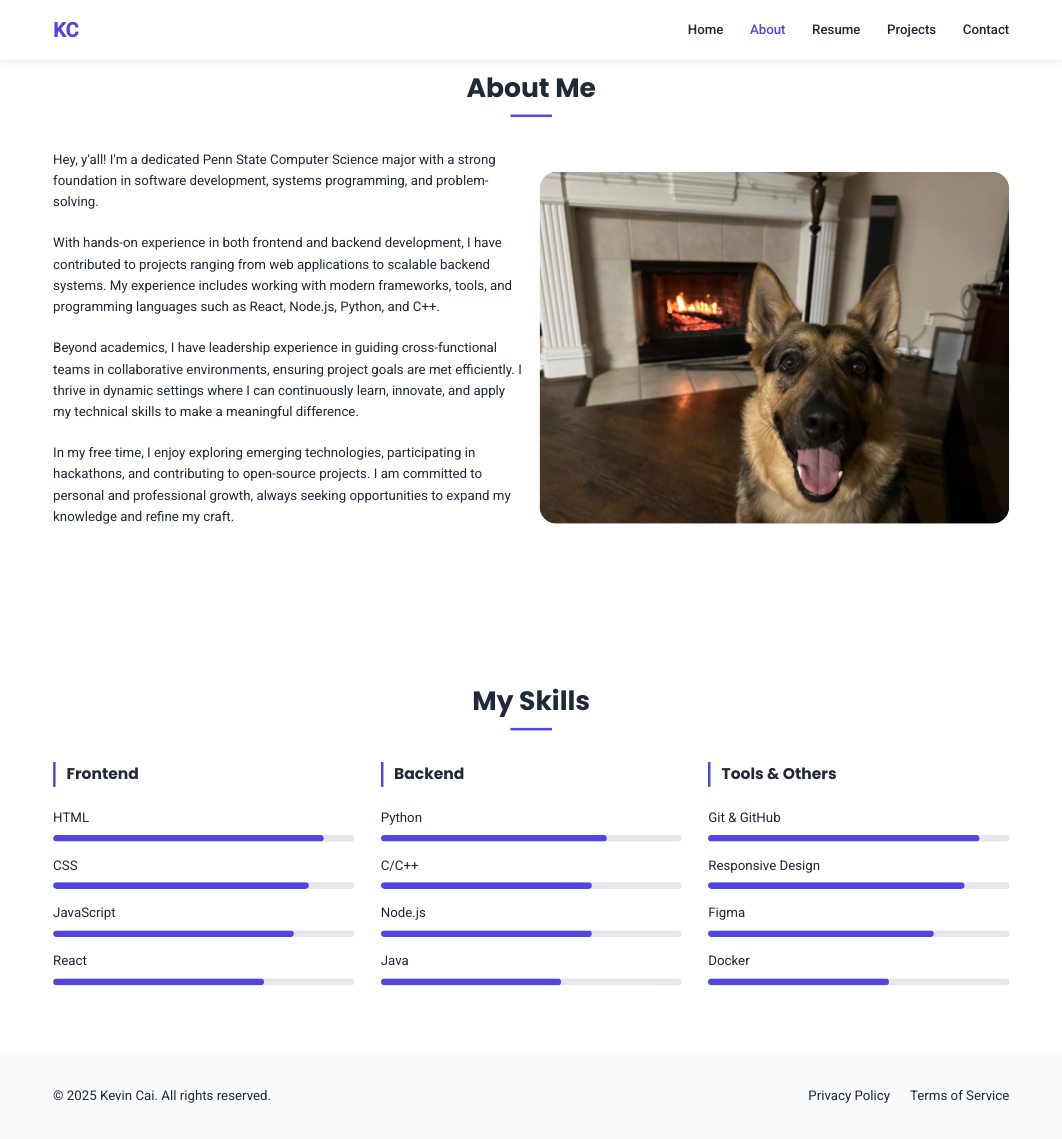
Repository: itskevbo/E-Portfolio
Page: pages/about.html
The author's editor kept a copy of each file at every save. The page is drawn from the files as they stood at one save, then again after the next save.
The browser window is 1280 px wide. The pictures show the whole page, at 83% of full size.

Above is the page before, as saved 2025-04-22 22:46:44.

### pages/about.html
<!DOCTYPE html>
<html lang="en">
<head>
    <meta charset="UTF-8">
    <meta name="viewport" content="width=device-width, initial-scale=1.0">
    <title>Kevin Cai | About Me</title>
    <meta name="description" content="Learn more about Kevin Cai and his background">

    <!-- Favicon -->
    <link rel="icon" href="../assets/images/favicon.ico">

    <!-- CSS -->
    <link rel="stylesheet" href="../styles/main.css">

    <!-- Google Fonts -->
    <link rel="preconnect" href="https://fonts.googleapis.com">
    <link rel="preconnect" href="https://fonts.gstatic.com" crossorigin>
    <link href="https://fonts.googleapis.com/css2?family=Poppins:wght@300;400;500;700&family=Roboto:wght@400;500&display=swap" rel="stylesheet">
</head>
<body>
    <!-- Header Component -->
    <header class="header" id="header">
        <div class="container">
            <div class="header__logo">
                <a href="../index.html" class="logo">KC</a>
            </div>

            <nav class="header__nav" id="nav-menu">
                <ul class="header__nav-list">
                    <li class="header__nav-item"><a href="../index.html" class="header__nav-link">Home</a></li>
                    <li class="header__nav-item"><a href="about.html" class="header__nav-link active">About</a></li>
                    <li class="header__nav-item"><a href="resume.html" class="header__nav-link">Resume</a></li>
                    <li class="header__nav-item"><a href="projects.html" class="header__nav-link">Projects</a></li>
                    <li class="header__nav-item"><a href="contact.html" class="header__nav-link">Contact</a></li>
                </ul>

                <div class="header__nav-toggle" id="nav-toggle">
                    <span></span>
                    <span></span>
                    <span></span>
                </div>
            </nav>
        </div>
    </header>

    <main>
        <!-- About Section Component -->
        <section class="about section" id="about">
            <div class="container">
            <h2 class="section__title">About Me</h2>
            <div class="about__content" style="display: flex; align-items: center; gap: 20px;">
                <div class="about__text" style="flex: 1;">
                <p>Hey, y'all! I'm a dedicated Penn State Computer Science major with a strong foundation in software development, systems programming, and problem-solving.</p>
                <p>With hands-on experience in both frontend and backend development, I have contributed to projects ranging from web applications to scalable backend systems. My experience includes working with modern frameworks, tools, and programming languages such as React, Node.js, Python, and C++.</p>
                <p>Beyond academics, I have leadership experience in guiding cross-functional teams in collaborative environments, ensuring project goals are met efficiently. I thrive in dynamic settings where I can continuously learn, innovate, and apply my technical skills to make a meaningful difference.</p>
                <p>In my free time, I enjoy exploring emerging technologies, participating in hackathons, and contributing to open-source projects. I am committed to personal and professional growth, always seeking opportunities to expand my knowledge and refine my craft.</p>
                </div>
                <div class="about__image" style="flex: 1; overflow: hidden; border-radius: 20px; display: flex; justify-content: center; align-items: center;">
                <img src="../assets/images/placeholder.jpeg" alt="About Image" class="about__image-img" style="width: 100%; height: auto; object-fit: cover; border-radius: inherit;">
                </div>
            </div>
            </div>
        </section>

        <!-- Skills Section Component -->
        <section class="skills section" id="skills">
            <div class="container">
                <h2 class="section__title">My Skills</h2>
                <div class="skills__content">
                    <div class="skills__category">
                        <h3 class="skills__category-title">Frontend</h3>
                        <div class="skills__list">
                            <div class="skill-item">
                                <span class="skill-item__name">HTML</span>
                                <div class="skill-item__bar">
                                    <div class="skill-item__progress" style="width: 90%"></div>
                                </div>
                            </div>
                            <div class="skill-item">
                                <span class="skill-item__name">CSS</span>
                                <div class="skill-item__bar">
                                    <div class="skill-item__progress" style="width: 85%"></div>
                                </div>
                            </div>
                            <div class="skill-item">
                                <span class="skill-item__name">JavaScript</span>
                                <div class="skill-item__bar">
                                    <div class="skill-item__progress" style="width: 80%"></div>
                                </div>
                            </div>
                            <div class="skill-item">
                                <span class="skill-item__name">React</span>
                                <div class="skill-item__bar">
                                    <div class="skill-item__progress" style="width: 70%"></div>
                                </div>
                            </div>
                        </div>
                    </div>

                    <div class="skills__category">
                        <h3 class="skills__category-title">Backend</h3>
                        <div class="skills__list">
                            <div class="skill-item">
                                <span class="skill-item__name">Python</span>
                                <div class="skill-item__bar">
                                    <div class="skill-item__progress" style="width: 75%"></div>
                                </div>
                            </div>
                            <div class="skill-item">
                                <span class="skill-item__name">C/C++</span>
                                <div class="skill-item__bar">
                                    <div class="skill-item__progress" style="width: 70%"></div>
                                </div>
                            </div>
                            <div class="skill-item">
                                <span class="skill-item__name">Node.js</span>
                                <div class="skill-item__bar">
                                    <div class="skill-item__progress" style="width: 70%"></div>
                                </div>
                            </div>
                            <div class="skill-item">
                                <span class="skill-item__name">Java</span>
                                <div class="skill-item__bar">
                                    <div class="skill-item__progress" style="width: 60%"></div>
                                </div>
                            </div>
                        </div>
                    </div>

                    <div class="skills__category">
                        <h3 class="skills__category-title">Tools & Others</h3>
                        <div class="skills__list">
                            <div class="skill-item">
                                <span class="skill-item__name">Git & GitHub</span>
                                <div class="skill-item__bar">
                                    <div class="skill-item__progress" style="width: 90%"></div>
                                </div>
                            </div>
                            <div class="skill-item">
                                <span class="skill-item__name">Responsive Design</span>
                                <div class="skill-item__bar">
                                    <div class="skill-item__progress" style="width: 85%"></div>
                                </div>
                            </div>
                            <div class="skill-item">
                                <span class="skill-item__name">Figma</span>
                                <div class="skill-item__bar">
                                    <div class="skill-item__progress" style="width: 75%"></div>
                                </div>
                            </div>
                            <div class="skill-item">
                                <span class="skill-item__name">Docker</span>
                                <div class="skill-item__bar">
                                    <div class="skill-item__progress" style="width: 60%"></div>
                                </div>
                            </div>
                        </div>
                    </div>
                </div>
            </div>
        </section>
    </main>

    <!-- Footer Component -->
    <footer class="footer">
        <div class="container">
            <div class="footer__content">
                <p>&copy; 2025 Kevin Cai. All rights reserved.</p>
                <div class="footer__links">
                    <a href="#" class="footer__link">Privacy Policy</a>
                    <a href="#" class="footer__link">Terms of Service</a>
                </div>
            </div>
        </div>
    </footer>

    <!-- JS -->
    <script src="../scripts/main.js"></script>
</body>
</html>

### styles/main.css
/*=============== VARIABLES ===============*/
:root {
    /* Colors */
    --primary-color: #4f46e5;
    --primary-color-alt: #2f24a5;
    --secondary-color: #3b82f6;
    --accent-color: #8b5cf6;
    --text-color: #1f2937;
    --text-color-light: #6b7280;
    --body-color: #ffffff;
    --container-color: #f9fafb;
    --border-color: #e5e7eb;
    --success-color: #10b981;
    --error-color: #ef4444;

    /* Typography */
    --body-font: 'Roboto', sans-serif;
    --heading-font: 'Poppins', sans-serif;
    --h1-font-size: 2.5rem;
    --h2-font-size: 2rem;
    --h3-font-size: 1.5rem;
    --normal-font-size: 1rem;
    --small-font-size: 0.875rem;
    --smaller-font-size: 0.75rem;

    /* Font weights */
    --font-light: 300;
    --font-regular: 400;
    --font-medium: 500;
    --font-bold: 700;

    /* Z-index */
    --z-tooltip: 10;
    --z-fixed: 100;

    /* Transitions */
    --transition: all 0.3s ease;
}

/*=============== BASE ===============*/
* {
    margin: 0;
    padding: 0;
    box-sizing: border-box;
}

html {
    scroll-behavior: smooth;
}

body {
    font-family: var(--body-font);
    font-size: var(--normal-font-size);
    color: var(--text-color);
    background-color: var(--body-color);
    line-height: 1.6;
}

h1, h2, h3 {
    font-family: var(--heading-font);
    font-weight: var(--font-bold);
    color: var(--text-color);
}

ul {
    list-style: none;
}

a {
    text-decoration: none;
    color: var(--text-color);
    transition: var(--transition);
}

a:hover {
    color: var(--primary-color);
}

img {
    max-width: 100%;
    height: auto;
}

button,
input,
textarea {
    font-family: var(--body-font);
    font-size: var(--normal-font-size);
    outline: none;
    border: none;
}

button {
    cursor: pointer;
    background: none;
}

/*=============== REUSABLE CLASSES ===============*/
.container {
    max-width: 1200px;
    margin: 0 auto;
    padding: 0 1.5rem;
}

.section {
    padding: 5rem 0;
}

.section__title {
    font-size: var(--h2-font-size);
    text-align: center;
    margin-bottom: 3rem;
    position: relative;
}

.section__title::after {
    content: '';
    position: absolute;
    width: 50px;
    height: 3px;
    background-color: var(--primary-color);
    bottom: -10px;
    left: 50%;
    transform: translateX(-50%);
}

.highlight {
    color: var(--primary-color);
}

.grid {
    display: grid;
    gap: 1.5rem;
}

/*=============== BUTTONS ===============*/
.btn {
    display: inline-flex;
    align-items: center;
    justify-content: center;
    padding: 0.75rem 1.5rem;
    border-radius: 0.5rem;
    font-weight: var(--font-medium);
    transition: var(--transition);
}

.btn-primary {
    background-color: var(--primary-color);
    color: white;
}

.btn-primary:hover {
    background-color: var(--primary-color-alt);
    color: white;
}

.btn-outline {
    border: 2px solid var(--primary-color);
    color: var(--primary-color);
}

.btn-outline:hover {
    background-color: var(--primary-color);
    color: white;
}

/*=============== HEADER & NAV ===============*/
.header {
    position: fixed;
    top: 0;
    left: 0;
    width: 100%;
    background-color: var(--body-color);
    box-shadow: 0 2px 10px rgba(0, 0, 0, 0.1);
    z-index: var(--z-fixed);
}

.header .container {
    display: flex;
    align-items: center;
    justify-content: space-between;
    height: 4.5rem;
}

.header__logo .logo {
    font-size: 1.5rem;
    font-weight: var(--font-bold);
    color: var(--primary-color);
}

.header__nav {
    display: flex;
    align-items: center;
}

.header__nav-list {
    display: flex;
    gap: 2rem;
}

.header__nav-link {
    font-weight: var(--font-medium);
}

.header__nav-link.active {
    color: var(--primary-color);
}

.header__nav-toggle {
    display: none;
    flex-direction: column;
    gap: 5px;
    cursor: pointer;
}

.header__nav-toggle span {
    width: 25px;
    height: 2px;
    background-color: var(--text-color);
    transition: var(--transition);
}

/*=============== HERO ===============*/
.hero {
    min-height: 100vh;
    display: flex;
    align-items: center;
    padding-top: 4.5rem;
}

.hero .container {
    display: grid;
    grid-template-columns: 1fr 1fr;
    align-items: center;
    gap: 2.5rem;
}

.hero__title {
    font-size: var(--h1-font-size);
    margin-bottom: 1rem;
}

.hero__subtitle {
    font-size: var(--h3-font-size);
    color: var(--primary-color);
    margin-bottom: 1.5rem;
}

.hero__description {
    margin-bottom: 2rem;
    max-width: 400px;
}

.hero__actions {
    display: flex;
    gap: 1rem;
}

.hero__image-placeholder {
    background-color: var(--border-color);
    border-radius: 1rem;
    height: 400px;
    width: 100%;
}

/*=============== ABOUT ===============*/
.about__content {
    display: grid;
    grid-template-columns: 1fr 1fr;
    gap: 2.5rem;
    align-items: center;
}

.about__text p {
    margin-bottom: 1.5rem;
}

.about__image-placeholder {
    background-color: var(--border-color);
    border-radius: 1rem;
    height: 400px;
    width: 100%;
}

/*=============== PROJECTS ===============*/
.projects__filter {
    display: flex;
    justify-content: center;
    flex-wrap: wrap;
    gap: 1rem;
    margin-bottom: 2rem;
}

.projects__filter-btn {
    padding: 0.5rem 1.5rem;
    border-radius: 0.5rem;
    color: var(--text-color);
    font-weight: var(--font-medium);
    transition: var(--transition);
}

.projects__filter-btn:hover,
.projects__filter-btn.active {
    background-color: var(--primary-color);
    color: white;
}

.projects__grid {
    display: grid;
    grid-template-columns: repeat(auto-fill, minmax(280px, 1fr));
    gap: 2rem;
}

.project-card {
    background-color: var(--container-color);
    border-radius: 1rem;
    overflow: hidden;
    box-shadow: 0 4px 15px rgba(0, 0, 0, 0.1);
    transition: var(--transition);
}

.project-card:hover {
    transform: translateY(-10px);
    box-shadow: 0 10px 25px rgba(0, 0, 0, 0.2);
}

.project-card__image-placeholder {
    background-color: var(--border-color);
    height: 200px;
    width: 100%;
}

.project-card__content {
    padding: 1.5rem;
}

.project-card__title {
    margin-bottom: 0.75rem;
}

.project-card__description {
    color: var(--text-color-light);
    margin-bottom: 1rem;
}

.project-card__tags {
    display: flex;
    flex-wrap: wrap;
    gap: 0.5rem;
    margin-bottom: 1rem;
}

.tag {
    background-color: rgba(79, 70, 229, 0.1);
    color: var(--primary-color);
    padding: 0.25rem 0.75rem;
    border-radius: 0.5rem;
    font-size: var(--small-font-size);
}

.project-card__links {
    display: flex;
    gap: 1rem;
}

.project-card__link {
    color: var(--text-color-light);
}

.project-card__link:hover {
    color: var(--primary-color);
}

/*=============== SKILLS ===============*/
.skills__content {
    display: grid;
    grid-template-columns: repeat(auto-fit, minmax(300px, 1fr));
    gap: 2rem;
}

.skills__category-title {
    margin-bottom: 1.5rem;
    position: relative;
    display: inline-block;
    padding-left: 1rem;
}

.skills__category-title::before {
    content: '';
    position: absolute;
    width: 3px;
    height: 100%;
    background-color: var(--primary-color);
    left: 0;
    top: 0;
}

.skills__list {
    display: grid;
    gap: 1rem;
}

.skill-item {
    display: grid;
    gap: 0.5rem;
}

.skill-item__name {
    display: flex;
    justify-content: space-between;
}

.skill-item__bar {
    width: 100%;
    height: 8px;
    background-color: var(--border-color);
    border-radius: 1rem;
    overflow: hidden;
}

.skill-item__progress {
    height: 100%;
    background-color: var(--primary-color);
    border-radius: 1rem;
}

/*=============== CONTACT ===============*/
.contact__content {
    display: grid;
    grid-template-columns: 1fr 2fr;
    gap: 2.5rem;
}

.contact__info {
    display: grid;
    gap: 2rem;
}

.contact__info-item {
    display: flex;
    align-items: center;
    gap: 1rem;
}

.contact__social {
    display: flex;
    gap: 1rem;
}

.contact__social-link {
    display: flex;
    align-items: center;
    justify-content: center;
    width: 40px;
    height: 40px;
    border-radius: 50%;
    background-color: var(--container-color);
    color: var(--text-color);
    transition: var(--transition);
}

.contact__social-link:hover {
    background-color: var(--primary-color);
    color: white;
}

.contact__form {
    display: grid;
    gap: 1.5rem;
}

.form-group {
    display: grid;
    gap: 0.5rem;
}

.form-group label {
    font-weight: var(--font-medium);
}

.form-group input,
.form-group textarea {
    width: 100%;
    padding: 0.75rem 1rem;
    border: 1px solid var(--border-color);
    border-radius: 0.5rem;
    background-color: var(--container-color);
    transition: var(--transition);
}

.form-group input:focus,
.form-group textarea:focus {
    border-color: var(--primary-color);
}

.form-group textarea {
    height: 150px;
    resize: none;
}

/*=============== FOOTER ===============*/
.footer {
    background-color: var(--container-color);
    padding: 2.5rem 0;
}

.footer__content {
    display: flex;
    justify-content: space-between;
    align-items: center;
}

.footer__links {
    display: flex;
    gap: 1.5rem;
}

/*=============== MEDIA QUERIES ===============*/
/* For medium devices */
@media screen and (max-width: 968px) {
    :root {
        --h1-font-size: 2.25rem;
        --h2-font-size: 1.75rem;
        --h3-font-size: 1.25rem;
    }

    .hero .container,
    .about__content {
        grid-template-columns: 1fr;
    }

    .hero__image {
        grid-row: 1;
    }

    .contact__content {
        grid-template-columns: 1fr;
    }
}

/* For small devices */
@media screen and (max-width: 768px) {
    .header__nav-list {
        position: fixed;
        top: 4.5rem;
        right: -100%;
        background-color: var(--body-color);
        width: 80%;
        height: 100vh;
        flex-direction: column;
        align-items: center;
        justify-content: center;
        padding: 3rem 0;
        box-shadow: -5px 0 15px rgba(0, 0, 0, 0.1);
        transition: var(--transition);
    }

    .header__nav-list.show-menu {
        right: 0;
    }

    .header__nav-toggle {
        display: flex;
    }

    .header__nav-toggle.active span:nth-child(1) {
        transform: rotate(45deg) translate(5px, 5px);
    }

    .header__nav-toggle.active span:nth-child(2) {
        opacity: 0;
    }

    .header__nav-toggle.active span:nth-child(3) {
        transform: rotate(-45deg) translate(5px, -5px);
    }

    .footer__content {
        flex-direction: column;
        gap: 1rem;
    }
}

/* For smaller devices */
@media screen and (max-width: 350px) {
    :root {
        --h1-font-size: 2rem;
        --h2-font-size: 1.5rem;
        --h3-font-size: 1.25rem;
    }

    .container {
        padding: 0 1rem;
    }

    .hero__actions {
        flex-direction: column;
        width: 100%;
    }

    .hero__actions .btn {
        width: 100%;
        text-align: center;
    }

    .projects__filter {
        flex-direction: column;
        width: 100%;
    }
}

Loaded but not shown: scripts/main.js (180 lines, source omitted)

After the next save:
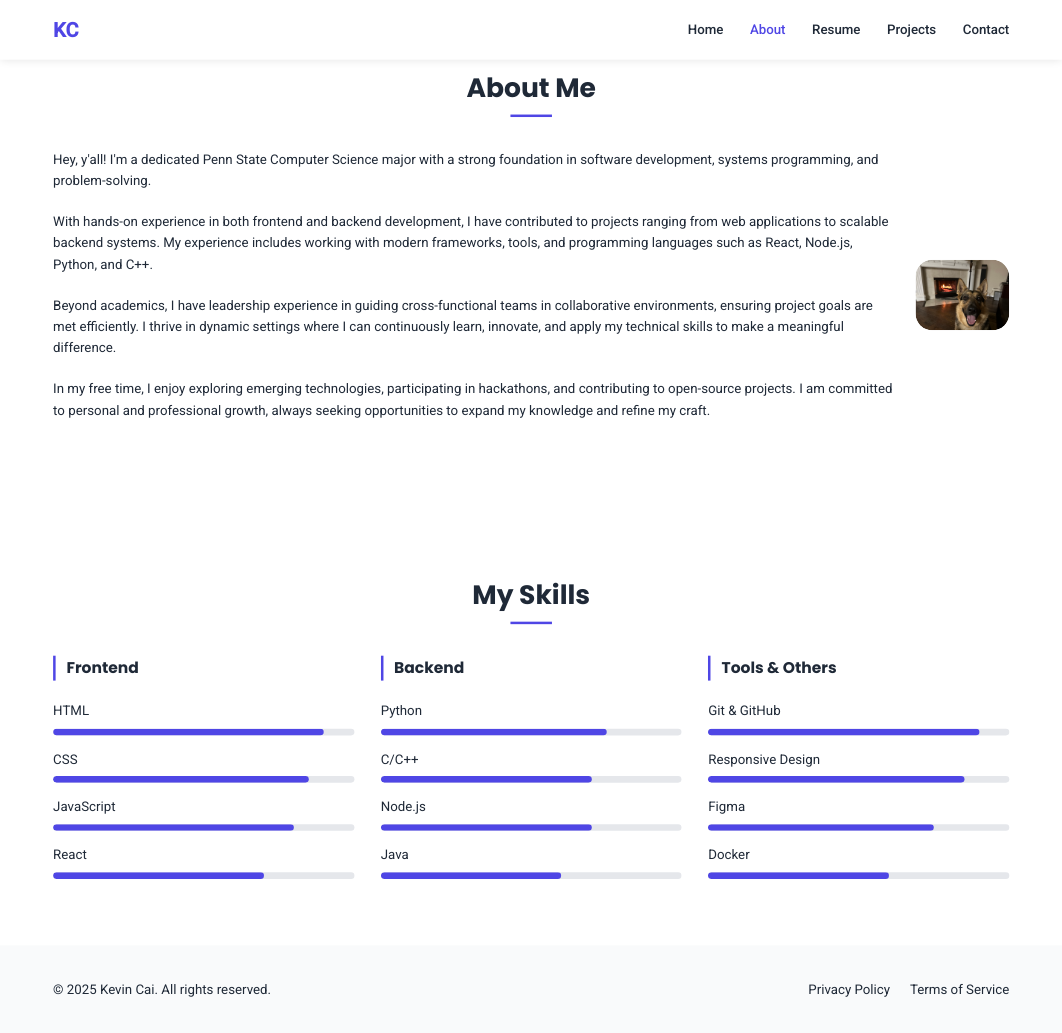
Saved 37 s later.
--- a/pages/about.html
+++ b/pages/about.html
@@ -49,7 +49,7 @@
             <div class="container">
             <h2 class="section__title">About Me</h2>
             <div class="about__content" style="display: flex; align-items: center; gap: 20px;">
-                <div class="about__text" style="flex: 1;">
+                <div class="about__text" style="flex: 9;">
                 <p>Hey, y'all! I'm a dedicated Penn State Computer Science major with a strong foundation in software development, systems programming, and problem-solving.</p>
                 <p>With hands-on experience in both frontend and backend development, I have contributed to projects ranging from web applications to scalable backend systems. My experience includes working with modern frameworks, tools, and programming languages such as React, Node.js, Python, and C++.</p>
                 <p>Beyond academics, I have leadership experience in guiding cross-functional teams in collaborative environments, ensuring project goals are met efficiently. I thrive in dynamic settings where I can continuously learn, innovate, and apply my technical skills to make a meaningful difference.</p>
